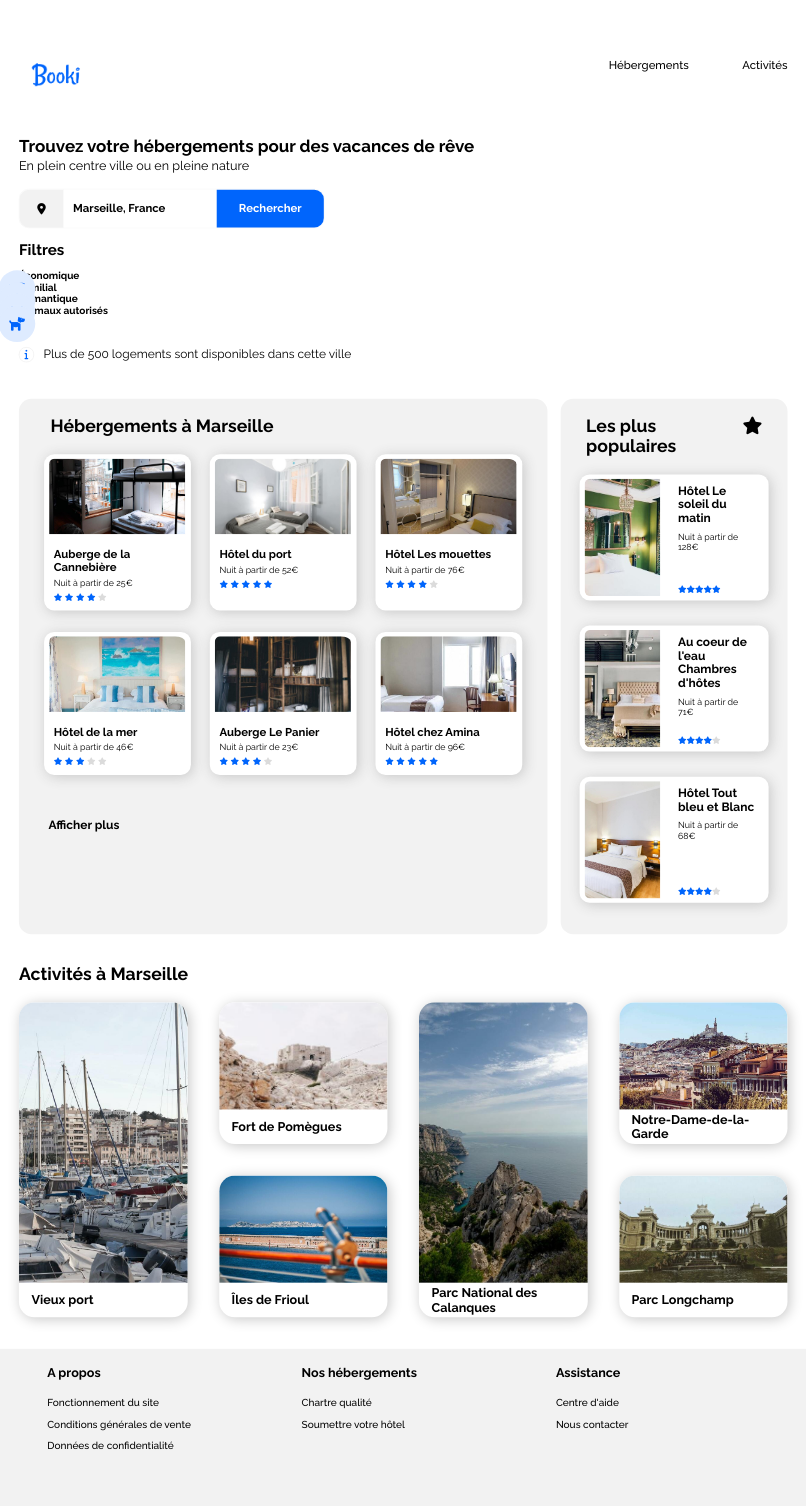
Repository: leandroBarbosaFR/booki
Page: index.html
An editor plug-in stored every save of this project. The page is shown before and after the next save, followed by the edit.
The browser window is 1280 px wide. The pictures show the whole page, at 63% of full size.

Above is the page before, as saved 2022-07-22 14:51:59.

After the next save:
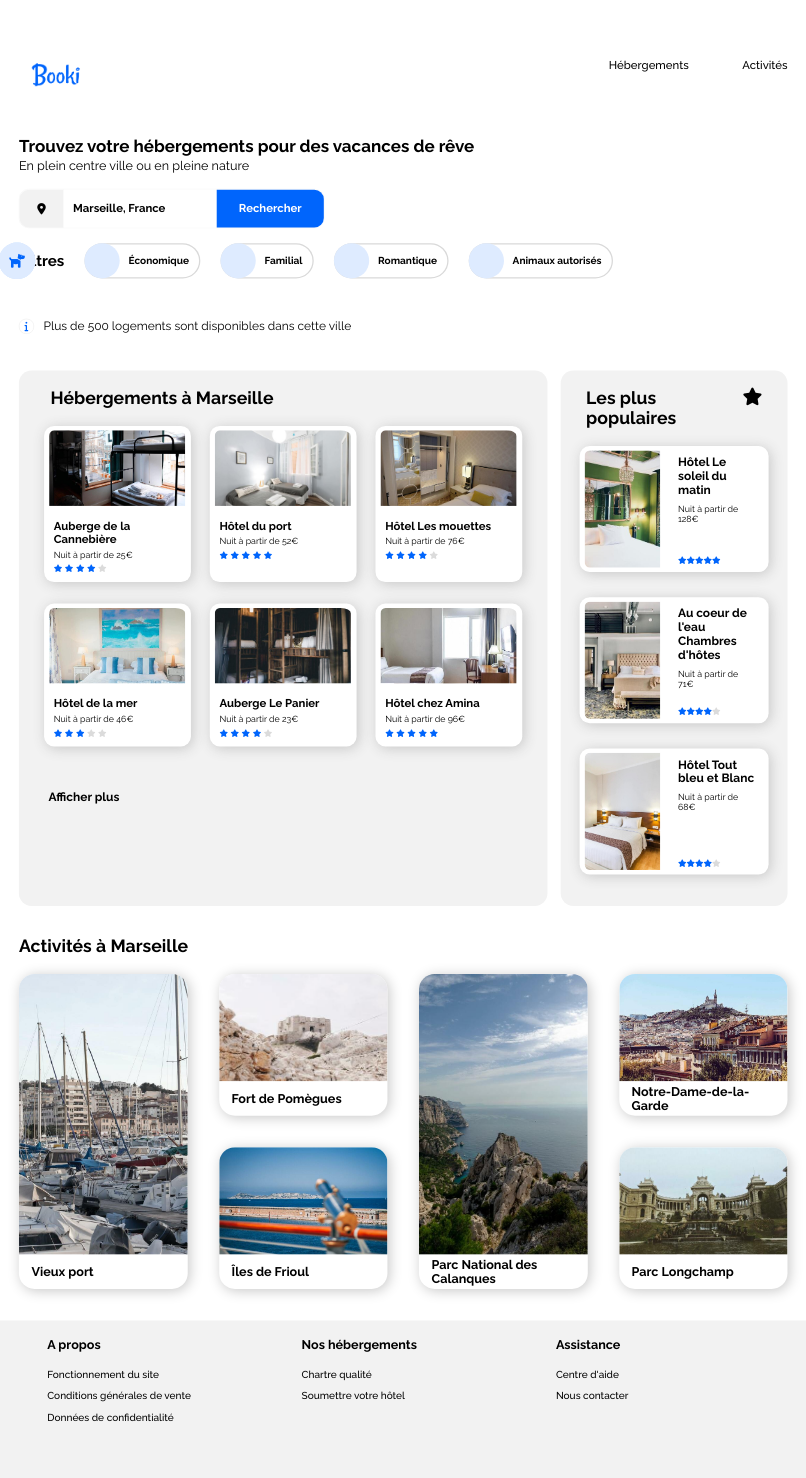
Saved 52 s later.
--- a/css/style.css
+++ b/css/style.css
@@ -584,3 +584,51 @@
       padding: 0 30px;
   }
 }
+
+
+
+#filtre_zone
+{
+    display: flex;
+    margin-top: 24px;
+}
+#titre_filtrezone{
+    margin: 0 32px 16px 0;
+    display: flex;
+    align-items: center;
+}
+.filtre
+{
+    display: flex;
+    align-items: center;
+    margin-right: 32px;
+    border: 2px solid #d9d9d9;
+    border-radius: 32px;
+    margin-bottom: 16px;
+    cursor: pointer;
+    transition-duration: 0.1s;
+    font-weight: #d9d9d9}
+.filtre:hover /* Quand le visiteur sélectionne le lien */
+{
+    background-color: #d9d9d9
+}
+.titre_filtre {
+    margin: 0 16px ;
+    display: flex;
+    align-items: center;
+}
+
+.filtre_icone
+{
+    color: blue;
+    background-color: #DEEBFF;
+    border-radius: 100%;
+    height: 48px;
+    width: 48px;
+    min-height: 56px;
+    min-width: 56px;
+    display: flex;
+    align-items: center;
+    justify-content: center;
+    margin: -2px
+}
